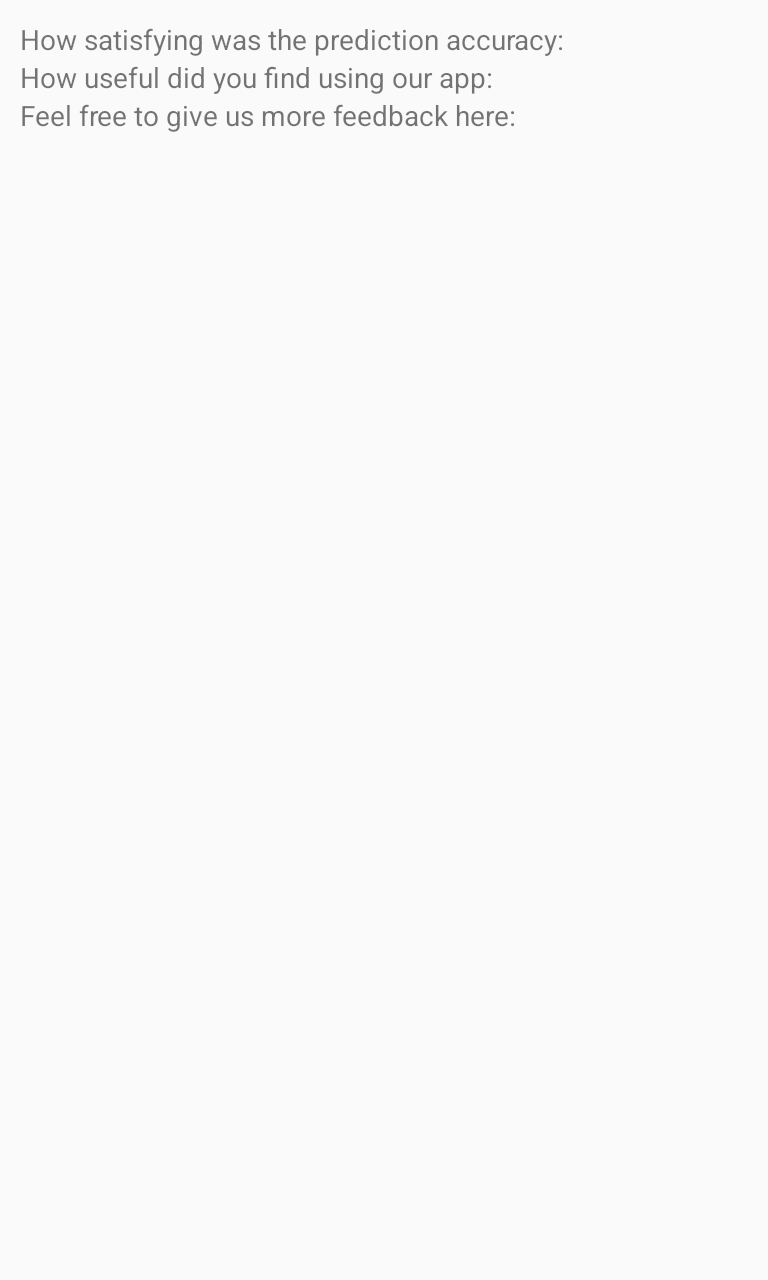
Repository: hessfr/contextRecognition
Layout: androidProjects/ContextRecognition/res/layout/activity_rating.xml
The author's editor kept a copy of each file at every save. The layout is drawn from the files as they stood at one save, then again after the next save.
It is drawn on a 768 x 1280 px phone screen (xhdpi) without system bars, with theme AppTheme; the app's code is not run.

Above is the layout before, as saved 2014-05-30 07:21:50.

After the next save:
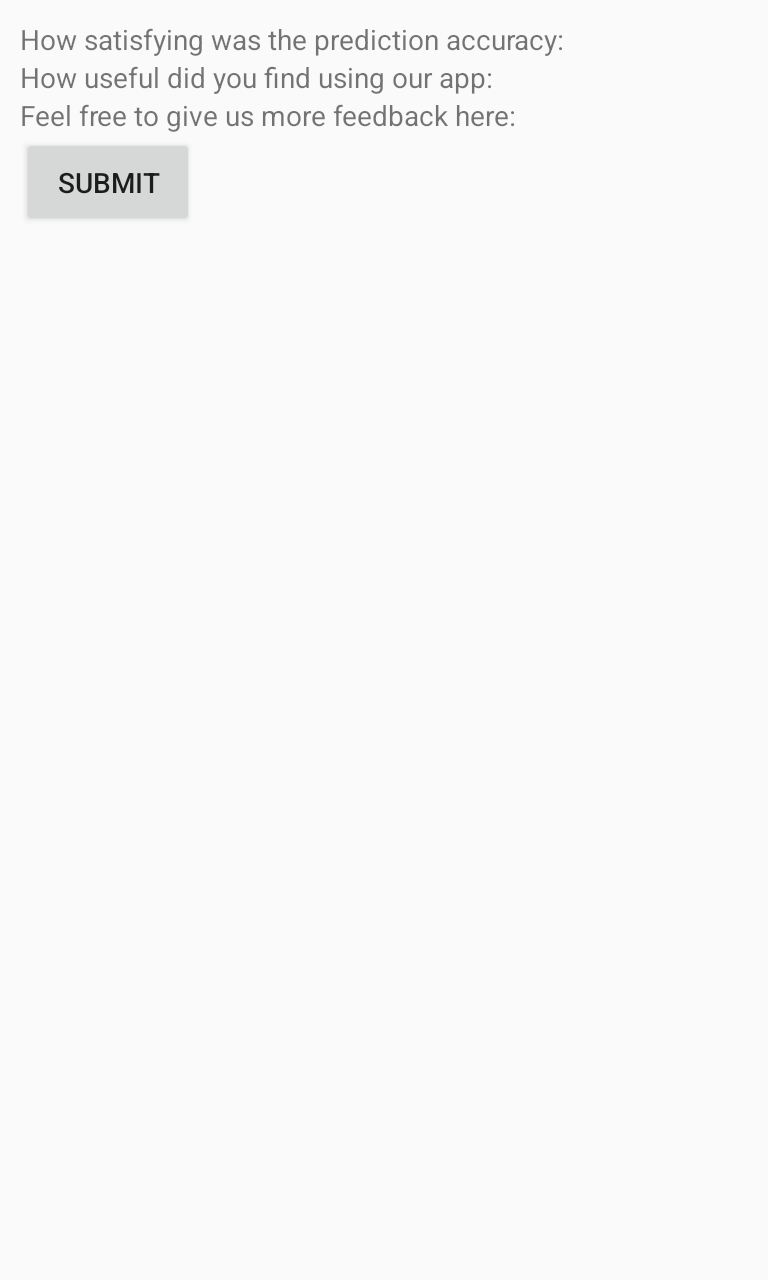
Saved 23 s later.
--- a/androidProjects/ContextRecognition/res/layout/activity_rating.xml
+++ b/androidProjects/ContextRecognition/res/layout/activity_rating.xml
@@ -17,4 +17,10 @@
         android:layout_height="wrap_content"
         android:text="@string/rating_free_text"/>
 
+    <Button
+        android:id="@+id/button1"
+        android:layout_width="wrap_content"
+        android:layout_height="wrap_content"
+        android:text="@string/rating_submit_button" />
+
 </LinearLayout>
